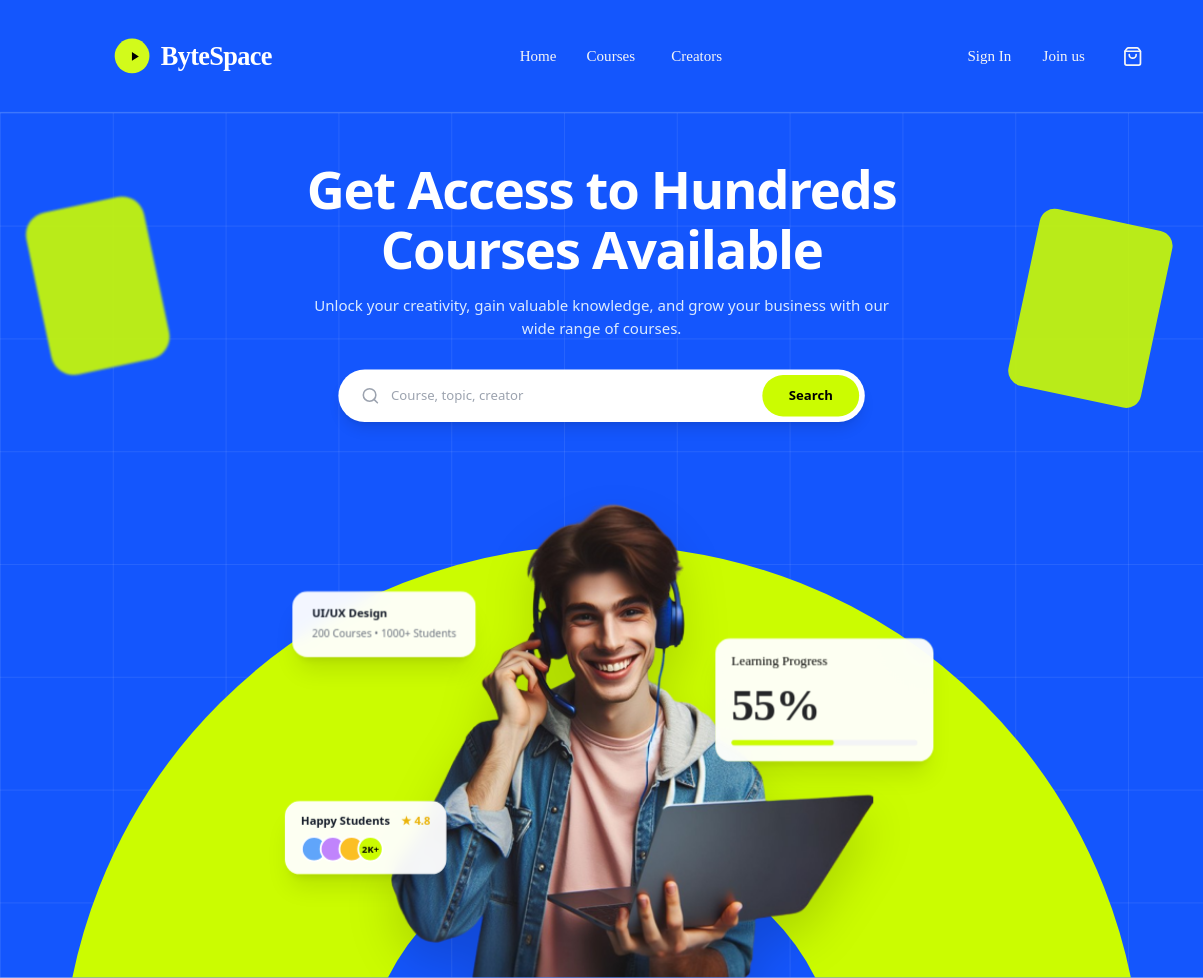
Repository: mdkawsarjomadder/bytespace
Page: /
These files come from the project's save history. The page is drawn as it stood at one moment and after the next save; the edit follows.
The browser window is 1280 px wide. The pictures show the whole page, at 94% of full size.
Some web fonts or font styles are not loaded; a fallback is used. The project was rebuilt for these pictures with package versions that can differ from the ones it lists, and the page was loaded fresh each time. Also part of the build but not shown: vite.config.js.

Above is the page before, as saved 2026-09-29 18:49:09.

After the next save:
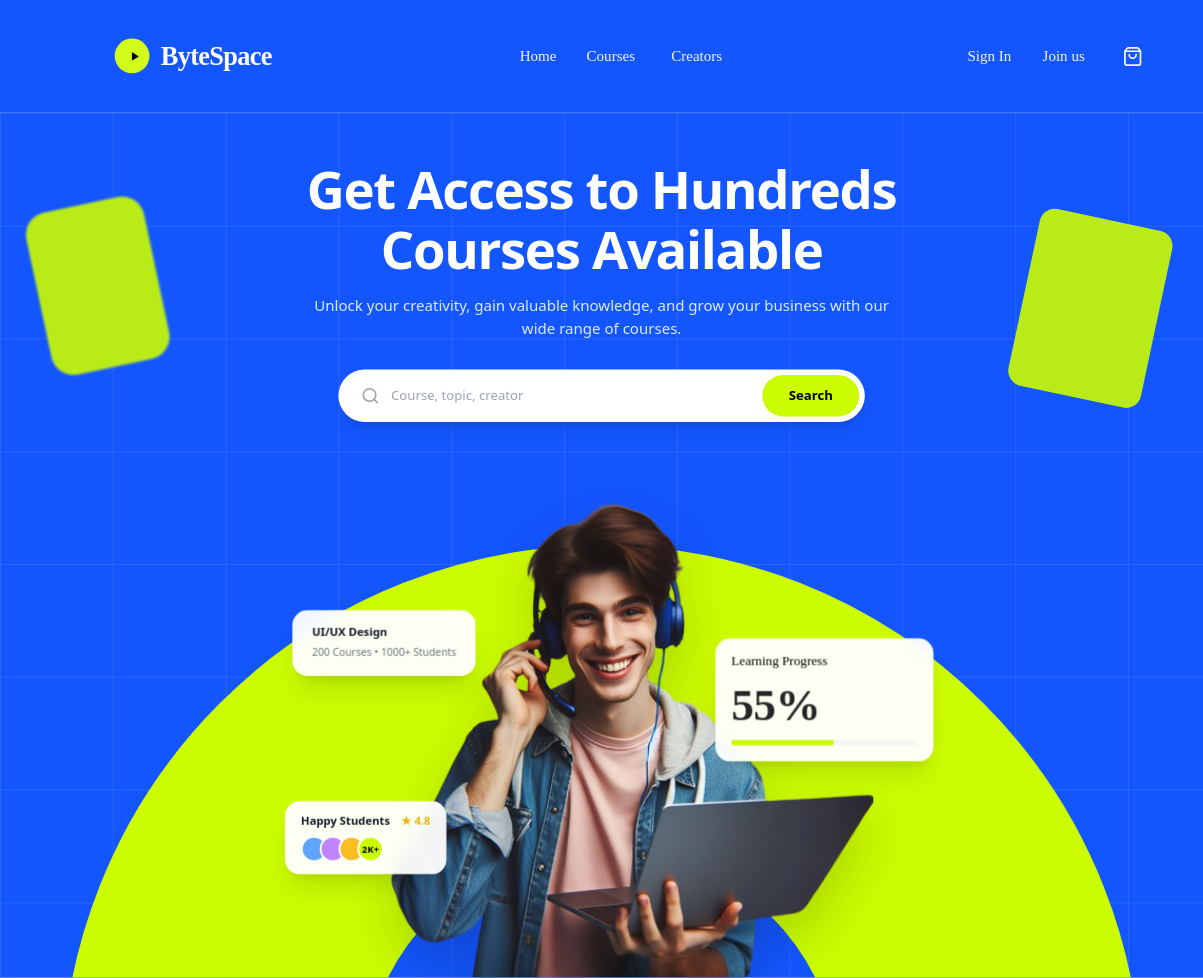
Saved 8 s later.
--- a/src/components/Hero.jsx
+++ b/src/components/Hero.jsx
@@ -63,7 +63,7 @@ const Hero = () => {
         />
 
         {/* Floating Card: UI/UX Design (Top Left) */}
-        <div className="absolute -left-10 top-[130px] z-20 bg-white/95 backdrop-blur text-black p-3.5 px-5 rounded-2xl shadow-xl border border-white/20">
+        <div className="absolute -left-10 top-[150px] z-20 bg-white/95 backdrop-blur text-black p-3.5 px-5 rounded-2xl shadow-xl border border-white/20">
           <span className="text-xs font-bold text-gray-900 block">UI/UX Design</span>
           <span className="text-[11px] text-gray-500 font-medium">200 Courses • 1000+ Students</span>
         </div>
